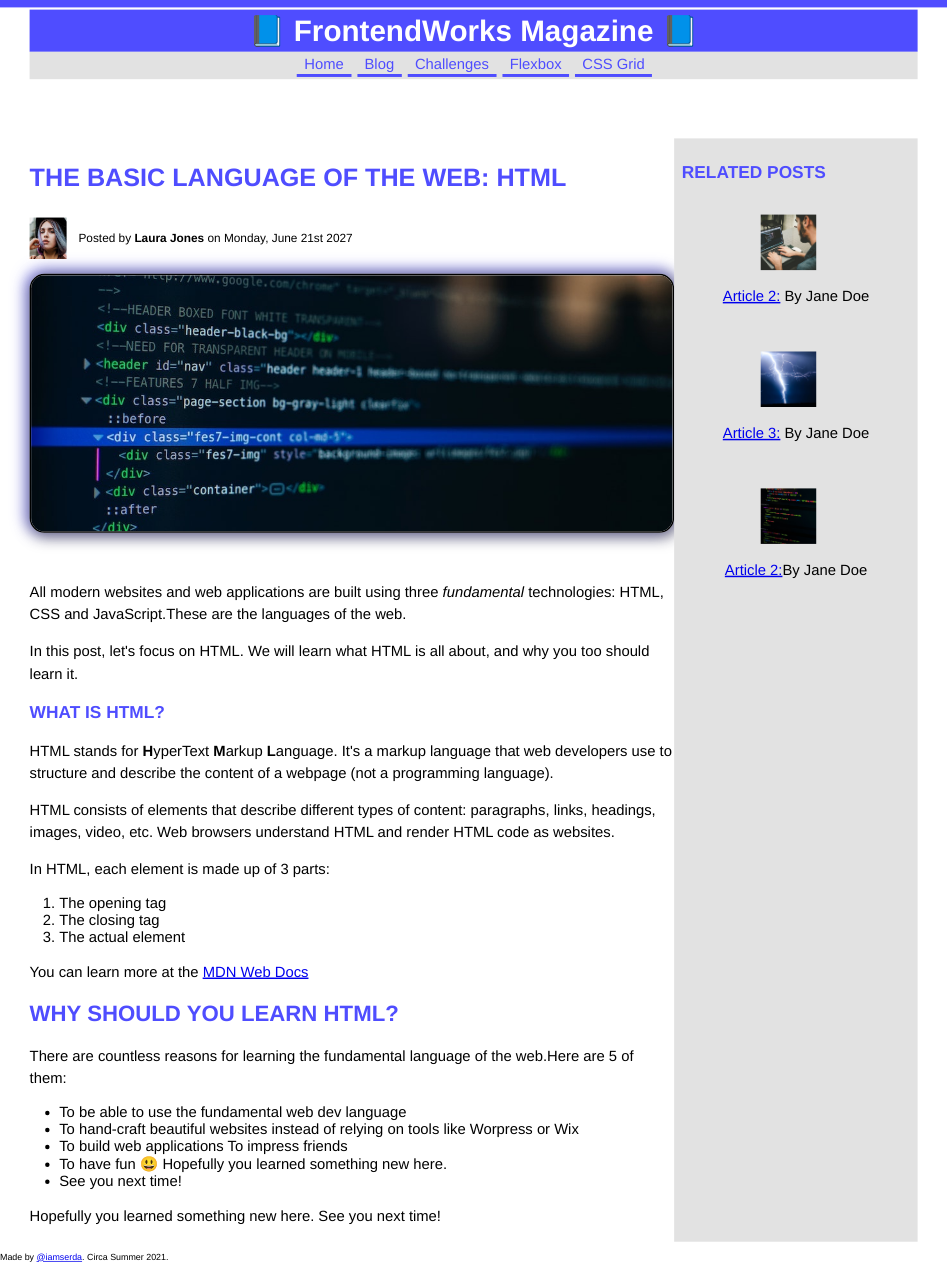
Repository: iamserda/html-css-course
Page: starter/02-HTML-Fundamentals/index.html
These files come from the project's save history. The page is drawn as it stood at one moment and after the next save; the edit follows.
The browser window is 1280 px wide. The pictures show the whole page, at 74% of full size.

Above is the page before, as saved 2021-07-17 18:23:08.

After the next save:
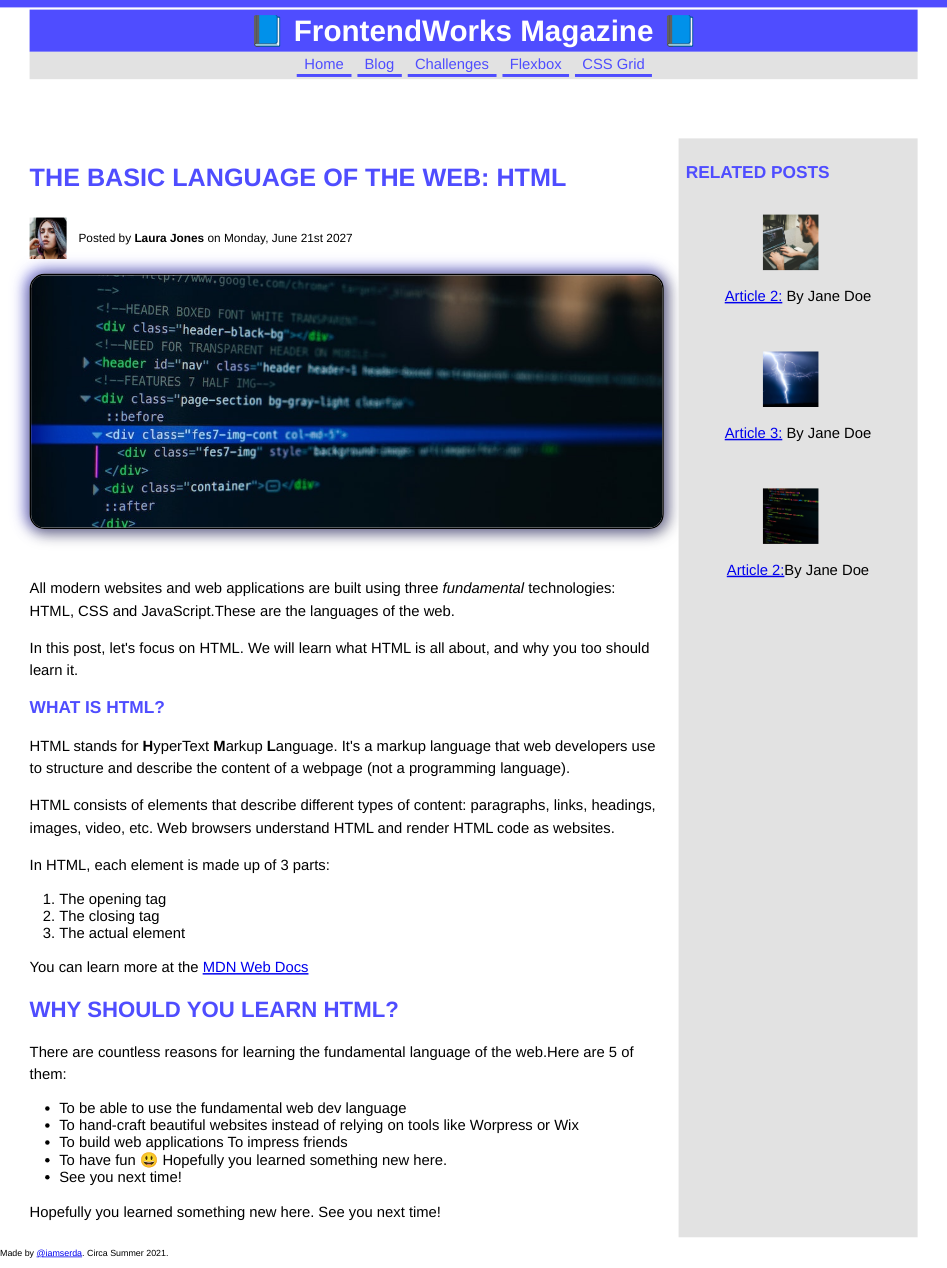
Saved 21 s later.
--- a/starter/02-HTML-Fundamentals/index.css
+++ b/starter/02-HTML-Fundamentals/index.css
@@ -107,6 +107,7 @@ nav li:hover a {
 
 main section {
     width: 80%;
+    margin-right: 1em;
 }
 
 aside {
